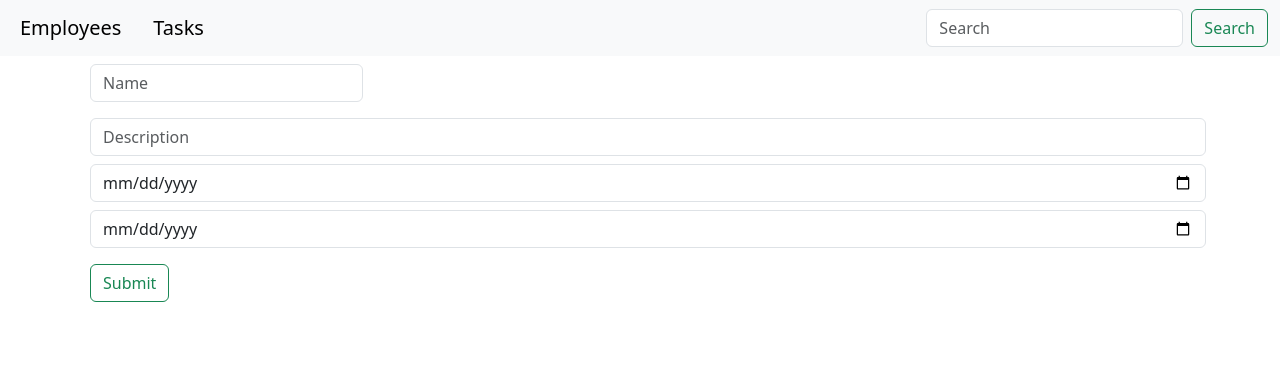
Repository: RaffiBarseghyan/employees
Page: /tasks
An editor plug-in stored every save of this project. The page is shown before and after the next save, followed by the edit.
The browser window is 1280 px wide. The pictures show the whole page.
The project was rebuilt for these pictures with package versions that can differ from the ones it lists, and the page was loaded fresh each time. Some packages were replaced by stand-ins written for this rebuild. Also part of the build but not shown: src/App.css, src/Pages/Employees/employees.module.scss, src/Pages/UpDel/upDel.module.scss, src/Pages/UpDel/delete.jsx, src/Pages/Employees/employees.jsx, src/Pages/Tasks/tasks.module.scss, src/Pages/UpDel/update.jsx.

Above is the page before, as saved 2023-06-15 21:33:40.

After the next save:
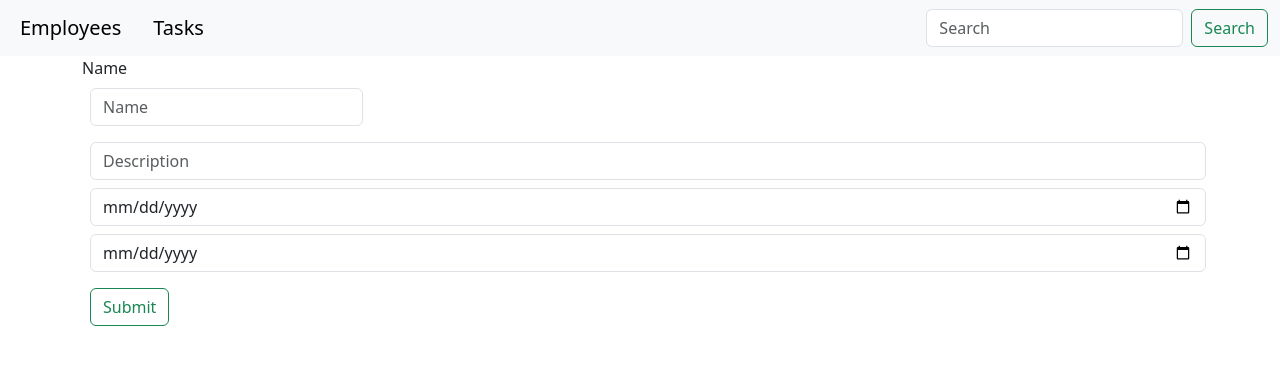
Saved 5 s later.
--- a/src/Pages/Tasks/tasks.jsx
+++ b/src/Pages/Tasks/tasks.jsx
@@ -10,7 +10,7 @@ function Tasks() {
         className={`${style.employeeForm} container`}
       >
         <label htmlFor="name">
-
+            Name
           <input
             className="form-control m-2"
             type="text"
